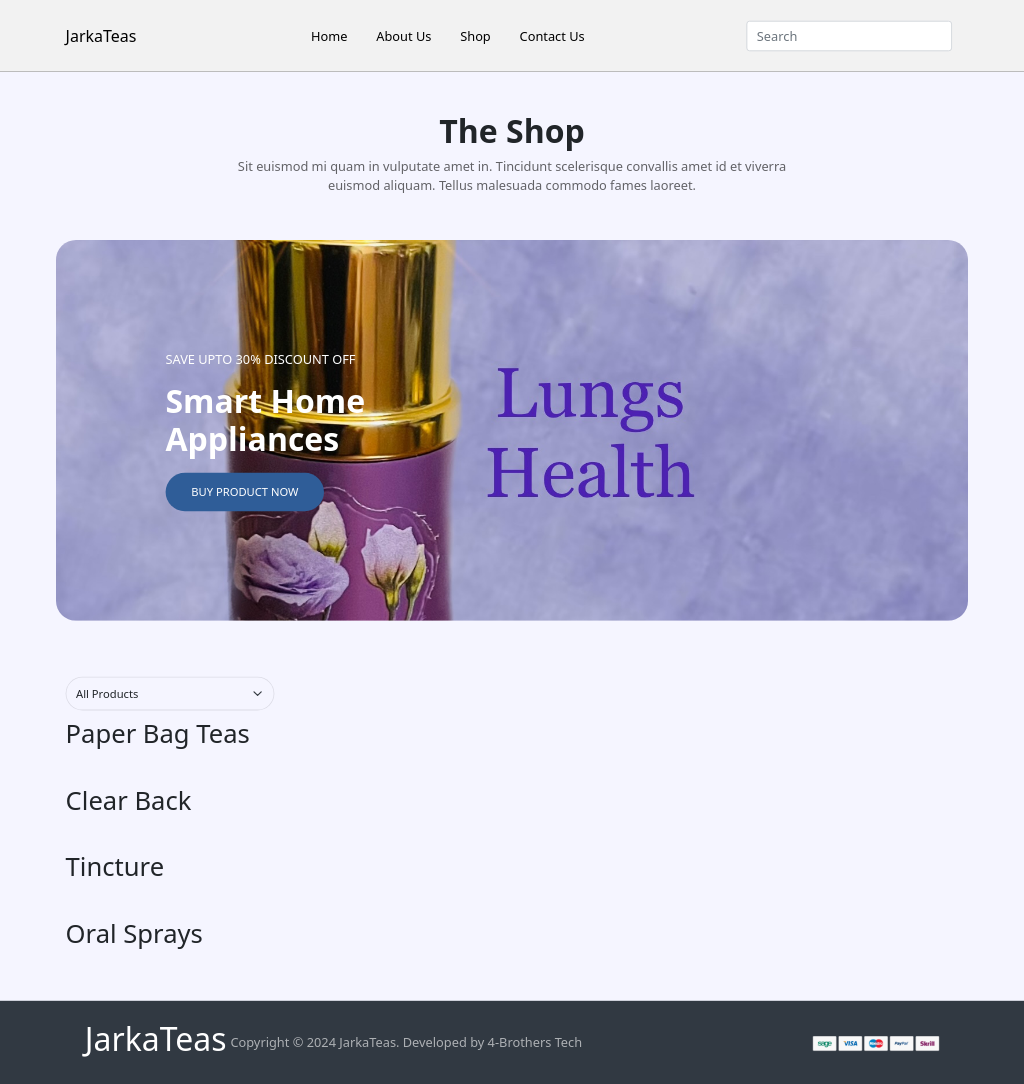
Repository: ZainAkbar51214/jarka
Page: shop.html
These files come from the project's save history. The page is drawn as it stood at one moment and after the next save; the edit follows.
The browser window is 1280 px wide. The pictures show the whole page, at 80% of full size.
Some web libraries are served in a nearby version.

Above is the page before, as saved 2024-06-13 22:06:03.
Console error: TypeError: Cannot read properties of null (reading 'getElementsByTagName')

### shop.html
<!DOCTYPE html>
<html lang="en">

<head>
    <meta charset="UTF-8">
    <meta name="viewport" content="width=device-width, initial-scale=1.0">
    <title>Shop</title>
    <!-- jquery cdn -->
    <script src="https://ajax.googleapis.com/ajax/libs/jquery/3.2.1/jquery.min.js"></script>

    <!-- Bootstrap cdn -->
    <link href="https://cdn.jsdelivr.net/npm/bootstrap@5.0.2/dist/css/bootstrap.min.css" rel="stylesheet"
        integrity="sha384-EVSTQN3/azprG1Anm3QDgpJLIm9Nao0Yz1ztcQTwFspd3yD65VohhpuuCOmLASjC" crossorigin="anonymous">

    <!-- Fontawesome cdn -->
    <link rel="stylesheet" href="https://cdnjs.cloudflare.com/ajax/libs/font-awesome/6.4.0/css/all.min.css"
        integrity="sha512-iecdLmaskl7CVkqkXNQ/ZH/XLlvWZOJyj7Yy7tcenmpD1ypASozpmT/E0iPtmFIB46ZmdtAc9eNBvH0H/ZpiBw=="
        crossorigin="anonymous" referrerpolicy="no-referrer" />
    <!-- custom css -->
    <link rel="stylesheet" href="css/style.css">
    <!-- responsive css -->
    <link rel="stylesheet" href="css/responsive.css">

    <!-- slider  -->
    <link rel="stylesheet" href="https://cdnjs.cloudflare.com/ajax/libs/slick-carousel/1.8.1/slick-theme.css"
        integrity="sha512-6lLUdeQ5uheMFbWm3CP271l14RsX1xtx+J5x2yeIDkkiBpeVTNhTqijME7GgRKKi6hCqovwCoBTlRBEC20M8Mg=="
        crossorigin="anonymous" referrerpolicy="no-referrer" />
    <link rel="stylesheet" href="https://cdnjs.cloudflare.com/ajax/libs/slick-carousel/1.8.1/slick-theme.min.css"
        integrity="sha512-17EgCFERpgZKcm0j0fEq1YCJuyAWdz9KUtv1EjVuaOz8pDnh/0nZxmU6BBXwaaxqoi9PQXnRWqlcDB027hgv9A=="
        crossorigin="anonymous" referrerpolicy="no-referrer" />
    <link rel="stylesheet" href="https://cdnjs.cloudflare.com/ajax/libs/slick-carousel/1.8.1/slick.css"
        integrity="sha512-wR4oNhLBHf7smjy0K4oqzdWumd+r5/+6QO/vDda76MW5iug4PT7v86FoEkySIJft3XA0Ae6axhIvHrqwm793Nw=="
        crossorigin="anonymous" referrerpolicy="no-referrer" />
    <link rel="stylesheet" href="https://cdnjs.cloudflare.com/ajax/libs/slick-carousel/1.8.1/slick.min.css"
        integrity="sha512-yHknP1/AwR+yx26cB1y0cjvQUMvEa2PFzt1c9LlS4pRQ5NOTZFWbhBig+X9G9eYW/8m0/4OXNx8pxJ6z57x0dw=="
        crossorigin="anonymous" referrerpolicy="no-referrer" />
</head>

<body>

    <div class="container-fluid nav_main">
        <div class="container">
            <div class="row">
                <div class="col-md-12">
                    <nav class="navbar navbar-expand-lg navbar-light">
                        <a class="navbar-brand" href="index.html"> JarkaTeas</a>
                        <button class="navbar-toggler" type="button" data-bs-toggle="collapse"
                            data-bs-target="#navbarSupportedContent" aria-controls="navbarSupportedContent"
                            aria-expanded="false" aria-label="Toggle navigation">
                            <span class="navbar-toggler-icon"></span>
                        </button>
                        <div class="collapse navbar-collapse" id="navbarSupportedContent">
                            <ul class="navbar-nav nav_ul mx-auto mb-2 mb-lg-0">
                                <li class="nav-item">
                                    <a class="nav-link active" aria-current="page" href="index.html">Home</a>
                                </li>
                                <li class="nav-item">
                                    <a class="nav-link" href="about-us.html">About Us</a>
                                </li>
                                <li class="nav-item">
                                    <a class="nav-link" href="shop.html">Shop</a>
                                </li>
                                <li class="nav-item">
                                    <a class="nav-link" href="contact-us.html">Contact Us</a>
                                </li>



                            </ul>
                            <form class="d-flex search-nav">
                                <input class="form-control me-2" type="search" placeholder="Search" aria-label="Search">
                            </form>
                        </div>
                    </nav>
                </div>
            </div>
        </div>
    </div>


    <!-- Hero Section start -->
    <div class="container-fluid about-hero">
        <div class="container">
            <div class="row">
                <div class="col-md-12 text-center about-hero-text">
                    <h1><b>The Shop</b></h1>
                    <div class="row">
                        <div class="col-md-2"></div>
                        <div class="col-md-8">
                            <p>Sit euismod mi quam in vulputate amet in. Tincidunt scelerisque convallis amet id et
                                viverra euismod aliquam. Tellus malesuada commodo fames laoreet.</p>
                        </div>
                        <div class="col-md-2"></div>
                    </div>
                </div>
            </div>


            <div class="row">
                <div class="col-md-12 shop-bg">
                    <p>SAVE UPTO 30% DISCOUNT OFF</p>
                    <h1><b>Smart Home <br> Appliances</b></h1>
                    <div class="row">
                        <div class="col-md-3 col-12">
                            <button class="btn btn-primary btn-all">BUY PRODUCT NOW</button>
                        </div>
                        <div class="col-md-9"></div>
                    </div>
                </div>
            </div>

            <!-- <div class="row shop-product-row">
                <div class="col-md-3 shop-select-col">
                    <select class="form-select" aria-label="Default select example">
                        <option selected>Default so...</option>
                        <option value="1">One</option>
                        <option value="2">Two</option>
                        <option value="3">Three</option>
                    </select>
                </div>
                <div class="col-md-9"></div>
            </div> -->
            <div class="row shop-product-row">
                <div class="col-md-3 shop-select-col">
                    <select class="form-select" id="category">
                        <option value="all">All Products</option>
                        <option value="paper-bag-teas">Paper Bag Teas</option>
                        <option value="clear-back">Clear Back</option>
                        <option value="tincture">Tincture</option>
                        <option value="oral-sprays">Oral Sprays</option>
                    </select>
                </div>
                <div class="col-md-9"></div>
            </div>

        <!-- Paper Bag Teas Section -->
        <div class="shop-product-section" id="paper-bag-teas">
            <h2>Paper Bag Teas</h2>
            <div class="row" id="paper-bag-teas-products">
                <!-- Products will be dynamically added here -->
            </div>
        </div>

        <!-- Clear Back Section -->
        <div class="shop-product-section" id="clear-back">
            <h2>Clear Back</h2>
            <div class="row" id="clear-back-products">
                <!-- Products will be dynamically added here -->
            </div>
        </div>

        <!-- Tincture Section -->
        <div class="shop-product-section" id="tincture">
            <h2>Tincture</h2>
            <div class="row" id="tincture-products">
                <!-- Products will be dynamically added here -->
            </div>
        </div>

        <!-- Oral Sprays Section -->
        <div class="shop-product-section" id="oral-sprays">
            <h2>Oral Sprays</h2>
            <div class="row" id="oral-sprays-products">
                <!-- Products will be dynamically added here -->
            </div>
        </div>

        </div>
    </div>


    <!-- Footer -->
    <div class="container-fluid footer-bg">
        <div class="container">

            <div class="row p-4 align-items-center">
                <div class="col-md-2">
                    <h1> JarkaTeas</h1>
                </div>
                <div class="col-md-8 footer-last">
                    <span class="para">Copyright © 2024 JarkaTeas. Developed by 4-Brothers Tech</span>
                </div>
                <div class="col-md-2 d-flex align-items-end">
                    <a href=""><img src="img/Payment 1.png" width="100%" alt=""></a>
                </div>
            </div>
        </div>
    </div>



    <script>
        // Define an object to map images to categories
        const products = {
            "paper-bag-teas": [
                { src: "img/Bones _ Joints Tea .jpeg", alt: "Bones & Joints Tea", brand: "Brand Name", stars: 4, price: "£7.99" },
                { src: "img/Constipation Tea 2.jpeg", alt: "Constipation Tea", brand: "Brand Name", stars: 3, price: "£7.99" },
                { src: "img/Dry cough_ Sore throat  _ swollen lymth Tea .jpeg", alt: "Dry Cough, Sore Throat & Swollen Lymph Tea", brand: "Brand Name", stars: 5, price: "£7.99" },
                { src: "img/Feet arthritis Tea.jpg", alt: "Feet Arthritis Tea", brand: "Brand Name", stars: 4, price: "£7.99" },
                { src: "img/Feet Arthritis White bag.jpg", alt: "Feet Arthritis White Bag", brand: "Brand Name", stars: 3, price: "£7.99" },
                { src: "img/Glowing skin Tea .jpeg", alt: "Glowing Skin Tea", brand: "Brand Name", stars: 5, price: "£7.99" },
                { src: "img/Hay Fever Relief Tea .JPG", alt: "Hay Fever Relief Tea", brand: "Brand Name", stars: 4, price: "£7.99" }
                // Add more products as needed
            ],
            "clear-back": [
                { src: "img/Keeps getting ill _ Tincture .jpeg", alt: "Keeps Getting Ill Tincture", brand: "Brand Name", stars: 4, price: "£7.99" },
                { src: "img/Peaceful sleep Tincture Lids.jpeg", alt: "Peaceful Sleep Tincture", brand: "Brand Name", stars: 3, price: "£7.99" },
                { src: "img/Anti-hyperactivity _ Concentration Tincture Kids.jpg", alt: "Anti-hyperactivity & Concentration Tincture for Kids", brand: "Brand Name", stars: 5, price: "£7.99" }
                // Add more products as needed
            ],
            "tincture": [
                { src: "img/High blood pressure Tea.jpg", alt: "High Blood Pressure Tea", brand: "Brand Name", stars: 4, price: "£7.99" },
                { src: "img/Insomnia Tea .jpg", alt: "Insomnia Tea", brand: "Brand Name", stars: 4, price: "£7.99" },
                { src: "img/Menstrual cramps Tea.JPG", alt: "Menstrual Cramps Tea", brand: "Brand Name", stars: 3, price: "£7.99" },
                { src: "img/Muiscle grow Tea in a white bag.jpg", alt: "Muscle Growth Tea in White Bag", brand: "Brand Name", stars: 5, price: "£7.99" },
                { src: "img/Psoriasios Tea in white bag.jpg", alt: "Psoriasis Tea in White Bag", brand: "Brand Name", stars: 4, price: "£7.99" }
                // Add more products as needed
            ],
            "oral-sprays": [
                { src: "img/Sleepwalking Tea .jpeg", alt: "Sleepwalking Tea", brand: "Brand Name", stars: 4, price: "£7.99" },
                { src: "img/Antidepressant Oral spray.jpg", alt: "Antidepressant Oral Spray", brand: "Brand Name", stars: 5, price: "£7.99" },
                { src: "img/Anxiety _ Panic attacks oral spray.jpeg", alt: "Anxiety & Panic Attacks Oral Spray", brand: "Brand Name", stars: 3, price: "£7.99" },
                { src: "img/Back pain _ Muscle relaxant Oral Spray.jpg", alt: "Back Pain & Muscle Relaxant Oral Spray", brand: "Brand Name", stars: 4, price: "£7.99" },
                { src: "img/Deep Immunity Oral spray.jpg", alt: "Deep Immunity Oral Spray", brand: "Brand Name", stars: 5, price: "£7.99" },
                { src: "img/Erectile dysfunction Oral spray.jpg", alt: "Erectile Dysfunction Oral Spray", brand: "Brand Name", stars: 4, price: "£7.99" },
                { src: "img/FHay fever relief.jpg", alt: "Hay Fever Relief Oral Spray", brand: "Brand Name", stars: 4, price: "£7.99" },
                { src: "img/Healthy cells oral spray.jpg", alt: "Healthy Cells Oral Spray", brand: "Brand Name", stars: 3, price: "£7.99" },
                { src: "img/High blood presure Oral spray.jpg", alt: "High Blood Pressure Oral Spray", brand: "Brand Name", stars: 5, price: "£7.99" },
                { src: "img/Lungs Health Oral spray.JPG", alt: "Lungs Health Oral Spray", brand: "Brand Name", stars: 4, price: "£7.99" }
                // Add more products as needed
            ]
        };

        // Function to generate HTML for each product
        function generateProductHTML(product) {
            return `
                <div class="col-lg-4 col-md-6 col-sm-12 shop-review-col">
                    <div class="box text-center">
                        <div class="d-flex justify-content-center slider-product">
                            <img src="${product.src}" alt="${product.alt}">
                        </div>
                        <h6>${product.alt}</h6>
                        <p>${product.brand}</p>
                        <div class="star">
                            ${Array.from({ length: 5 }, (_, index) => `<div id="star" class="${index < product.stars ? 'active' : 'inactive'}" data-index=${index}>★</div>`).join('')}
                        </div>
                        <p>${product.price}</p>
                        <a href="add-cart.html" class="btn btn-primary btn-all">Add to cart</a>
                    </div>
                </div>
            `;
        }

        // Function to populate products into respective sections
        function populateProducts(category, containerId) {
            const container = document.getElementById(containerId);
            if (!container) return;

            const productsList = products[category];
            if (!productsList) return;

            const productsHTML = productsList.map(product => generateProductHTML(product)).join('');
            container.innerHTML = productsHTML;
        }

        // Event listener for category select change
        const categorySelect = document.getElementById('category');
        categorySelect.addEventListener('change', function() {
            const selectedCategory = this.value;

            // Hide all product sections
            document.querySelectorAll('.shop-product-section').forEach(section => {
                section.style.display = 'none';
            });

            // Show only the selected category
            document.getElementById(selectedCategory).style.display = 'block';

            // Populate products for the selected category
            populateProducts(selectedCategory, `${selectedCategory}-products`);
        });

        // Initially populate products for the default selected category
        const defaultCategory = categorySelect.value;
        populateProducts(defaultCategory, `${defaultCategory}-products`);
    </script>

    <!-- custom javascript -->
    <script src="js/slider-jquery.js"></script>
    <!-- Bootstrap script -->
    <script src="https://cdn.jsdelivr.net/npm/@popperjs/core@2.9.2/dist/umd/popper.min.js"
        integrity="sha384-IQsoLXl5PILFhosVNubq5LC7Qb9DXgDA9i+tQ8Zj3iwWAwPtgFTxbJ8NT4GN1R8p" crossorigin="anonymous">
    </script>
    <script src="https://cdn.jsdelivr.net/npm/bootstrap@5.0.2/dist/js/bootstrap.min.js"
        integrity="sha384-cVKIPhGWiC2Al4u+LWgxfKTRIcfu0JTxR+EQDz/bgldoEyl4H0zUF0QKbrJ0EcQF" crossorigin="anonymous">
    </script>
</body>

</html>

### css/responsive.css
@media (max-width: 1199px) {
    .counter-bor {
        width: 70px;
    }
}

@media (max-width: 991px) {
    .nav_main {
        background-color: #F2F2F2;
        height: auto;
        display: flex;
        align-items: center;
        border-bottom: none;
    }

    #thumbnails img {
        width: 100px;
        height: 100px;
        margin: 2px;
        cursor: pointer;
        padding: 10px;
    }
}

@media (max-width: 780px) {
    .nav_main {
        background-color: #F2F2F2;
        height: auto;
        display: flex;
        align-items: center;
        border-bottom: none;
    }
}

@media (max-width: 780px) {
    .shoping-cart-flex {
        display: flex;
        justify-content: start;
        align-items: center;
    }
}

@media (max-width: 767px) {
    .input-col .btn-all {
        margin-top: 0px !important;
        width: 100%;
        height: 47px;
        margin-top: 10px !important;
    }
}

@media (max-width: 475px) {
    .sec-bg {
        background-image: url(../img/WhatsApp\ Image\ 2024-06-10\ at\ 10.41.28\ PM.jpeg);
        background-position: center;
        background-repeat: no-repeat;
        background-size: cover;
        width: 100%;
        min-height: 200px;
        display: flex;
        align-items: center;
        margin-top: 30px;
        padding: 0px;
        border-radius: 0px;
    }
    .shop-bg{
        background-position: center !important;
    }

    #thumbnails img {
        width: 85px;
        height: 85px;
        margin: 2px;
        cursor: pointer;
        padding: 10px;
    }
    #main{
        height: 100%!important;
        padding: 0 !important;
    }


    .wrapper {
        padding: 10px 0;
    }

    .right_nav a {
        margin: 5px;
    }

    .bg-linear {
        background-image: linear-gradient(to right, rgba(217, 217, 217, 0.68), rgba(217, 217, 217, 0));
        border-radius: 20px;
    }

    .bg-linear img {
        z-index: -1;
        position: relative;
        border-radius: 20px;
        width: 100%;
    }

    .lookout-col-two {
        margin-top: 30px;
    }

    .box img {
        width: 100%;
    }

    .btn-all {
        background-color: #2F5D98;
        border-radius: 100px;
        font-size: 16px;
        padding-left: 20px;
        padding-right: 20px;
        margin-top: 20px;
        border: transparent !important;
    }

    .btn-all:hover {
        background-color: #2F5D98;
    }

    .shop-our {
        margin-top: 50px;
    }

    .slick-prev {
        display: none !important;
    }

    .slick-next {
        display: none !important;
    }

    .my-slider {
        padding: 0px;
    }
    .my-slider2 {
        padding: 5px;
    }
    .my-slider2 .slick-list .slick-track .slick-slide div .row .col-md-6 img{
        margin-left: 25px !important;
    }
    .review-col{
        text-align: center;
        margin-left: 25px;
    }
    .footer-col-1 {
        display: flex;
        justify-content: center;
    }

    .footer-col-2 {
        text-align: center;
        margin-top: 20px;
    }

    .company-footer h5 {
        opacity: 0.6;
        margin-top: 50px;
    }

    .footer-right h5 {
        margin-top: 50px;
    }

    .input-col button {
        margin-top: 20px !important;
        width: 100%;
        height: 47px;
    }

    .input-col {
        display: flex;
        justify-content: center;
        align-items: center;
        flex-direction: row;
    }

    .leave-review-input-row{
        margin-top: 0;
    }

    /* About Css */
    .about-hero-img {
        margin-top: 0px;
        order: -1;
    }

    .about-hero-text {
        margin-top: 20px;
    }

    .approximately-img-col img {
        width: 100% !important;
    }

    .approximately-text-col {
        margin-top: 20px;
        text-align: center;
    }

    .btn-cart {
        display: flex;
        justify-content: center;
        margin-top: 20px;
    }
}

@media (max-width: 320px) {
    .bg-linear {
        background-image: linear-gradient(to right, rgba(217, 217, 217, 0.68), rgba(217, 217, 217, 0));
        border-radius: 20px;
    }

    .bg-linear img {
        z-index: -1;
        position: relative;
        border-radius: 20px;
        width: 100%;
    }

    .my-slider {
        padding: 10px;
    }

    .lookout-col-two {
        margin-top: 30px;
    }

    .box img {
        width: 100%;
    }

    .box h6 {
        font-size: 10px;
    }

    .box p {
        font-size: 10px;
    }

    .star {
        display: flex;
        width: 60px;
        margin: 0 auto;

    }

    #star {
        font-size: 14px;
        flex: 1;
        text-align: center;
        cursor: pointer;
        border-radius: 100%;
        transition: 1s;
        margin-bottom: 10px;
    }

    .btn-all {
        background-color: #2F5D98;
        border-radius: 100px;
        font-size: 10px;
        padding-left: 10px;
        padding-right: 10px;
        margin-top: 20px;
        border: transparent !important;
    }

    .btn-all:hover {
        background-color: #2F5D98;
    }

    .review-col {
        margin-top: 50px;
    }

    .footer-col-1 {
        display: flex;
        justify-content: center;
    }

    .footer-col-2 {
        text-align: center;
        margin-top: 20px;
    }

    .company-footer h5 {
        opacity: 0.6;
        margin-top: 50px;
    }

    #thumbnails img {
        width: 80px;
        height: 80px;
        margin: 2px;
        cursor: pointer;
        padding: 10px;
    }

    .people-comment-col h5 {
        font-weight: 400;
        font-size: 17px !important;
        margin-top: 20px;
    }

    .leave-review-col-main .star #star {
        font-size: 10px;
    }
}

Loaded but not shown: js/slider-jquery.js (146 lines, source omitted); css/style.css (1495 lines, source omitted)

After the next save:
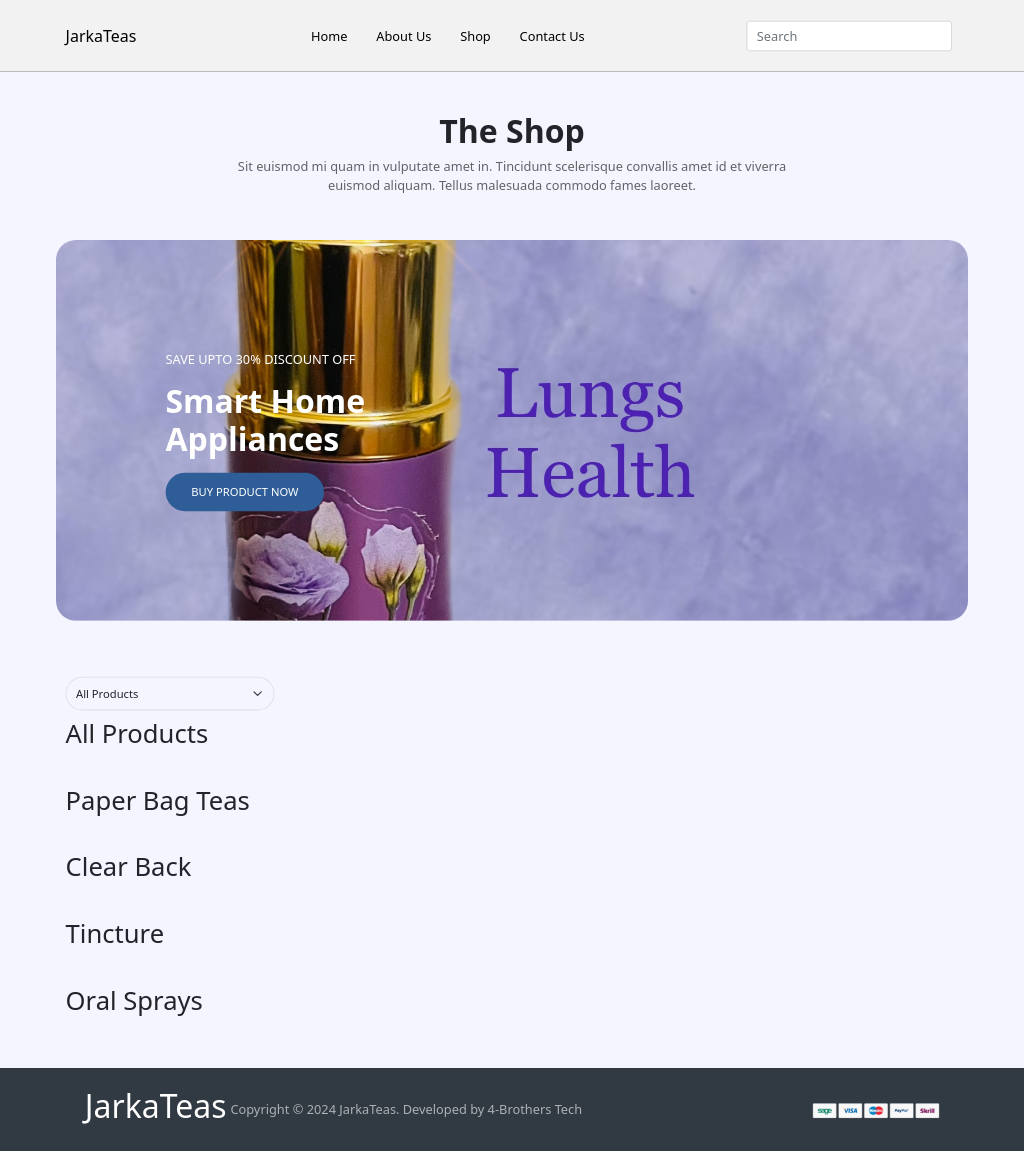
Saved 30 s later.
--- a/shop.html
+++ b/shop.html
@@ -132,6 +132,17 @@
                 </div>
                 <div class="col-md-9"></div>
             </div>
+
+
+
+
+             <!-- All Products Section -->
+        <div class="shop-product-section" id="all">
+            <h2>All Products</h2>
+            <div class="row" id="all-products">
+                <!-- Products will be dynamically added here -->
+            </div>
+        </div>
 
         <!-- Paper Bag Teas Section -->
         <div class="shop-product-section" id="paper-bag-teas">
